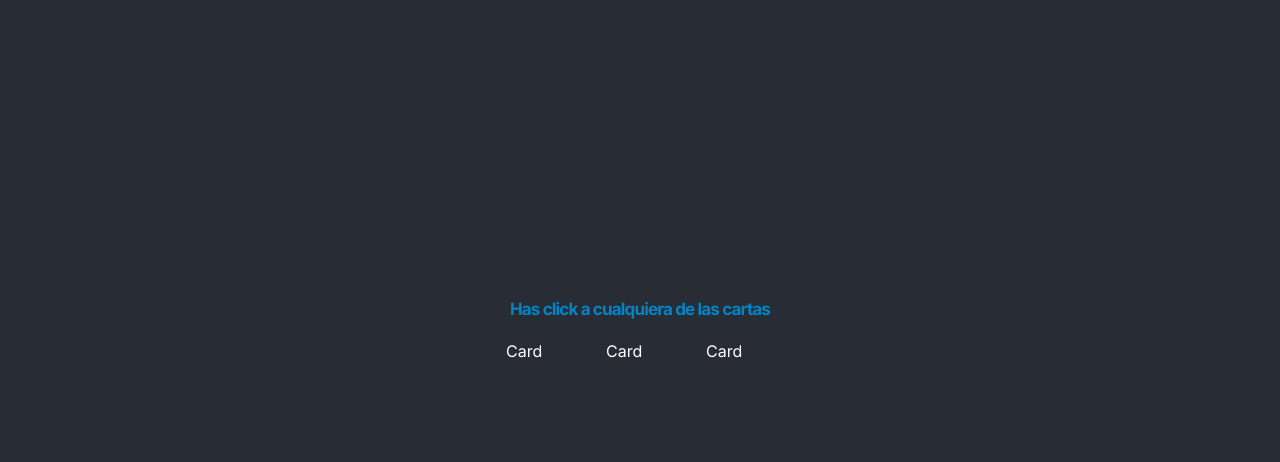
Repository: devsecops-node/simple-play
Page: /recomendations
These files come from the project's save history. The page is drawn as it stood at one moment and after the next save; the edit follows.
The browser window is 1280 px wide. The pictures show the whole page.
The project was rebuilt for these pictures with package versions that can differ from the ones it lists, and the page was loaded fresh each time. The framework's server and built-in components were replaced by stand-ins that run in the browser. Also part of the build but not shown: next.config.mjs.

Above is the page before, as saved 2024-06-21 17:01:48.

### src/app/recomendations/page.tsx
import React from 'react'
import Container from '../_components/Container'
import { RecomendationUI } from '../_components/RecomendationsSearch'
import Card from '../_components/Card'

export interface RecomendationUI2 {
  id: number
  recomenda: string
}

const page = () => {
  const recom: RecomendationUI2[] = [{ id: 1, recomenda: 'tus ojos hacen que las estrellas parezcan que no brillan' }, { id: 1, recomenda: 'tus ojos hacen que las estrellas parezcan que no brillan' }, { id: 1, recomenda: 'tus ojos hacen que las estrellas parezcan que no brillan' }]
  return (
    <Container>
      <h1 className='tracking-tighter text-sky-600 font-bold text-[17px]'>Has click a cualquiera de las cartas</h1>
      <div className='grid grid-cols-3'>
        {recom.map((dat)=>(
          <Card key={dat.id}/>
        ))}
      </div>
    </Container>
  )
}

export default page

### src/app/globals.css
@tailwind base;
@tailwind components;
@tailwind utilities;

:root {
  --foreground-rgb: 0, 0, 0;
  --background-start-rgb: 214, 219, 220;
  --background-end-rgb: 255, 255, 255;
}

@media (prefers-color-scheme: dark) {
  :root {
    --foreground-rgb: 255, 255, 255;
    --background-start-rgb: 0, 0, 0;
    --background-end-rgb: 0, 0, 0;
  }
}

body {
  color: rgb(var(--foreground-rgb));
  background: linear-gradient(to bottom,
      transparent,
      rgb(var(--background-end-rgb))) rgb(var(--background-start-rgb));
}

@layer utilities {
  .text-balance {
    text-wrap: balance;
  }
}

input {
  color: black;
  padding: 3px 5px;
  border-radius: 0.125rem;
  -webkit-border-radius: 0.125rem;
  -moz-border-radius: 0.125rem;
  -ms-border-radius: 0.125rem;
  -o-border-radius: 0.125rem;
  font-size: 15px;
  border: none;
}

input[type=text]:focus {
  outline: 2px solid #0284c7;
}

### src/app/_components/Container.tsx
import React from 'react'

const Container = ({ children }: { children: React.ReactNode }) => {
  return (
    <div className='bg-[#282c34] h-screen text-white flex flex-col items-center justify-center'>
      {children}
    </div>
  )
}

export default Container

### src/app/_components/Card.tsx
import React from 'react'

const Card = () => {
  return (
    <div className='h-[100px] w-[100px] p-4'>Card</div>
  )
}

export default Card

Loaded but not shown: src/app/layout.tsx (common file); tailwind.config.ts (common file)

After the next save:
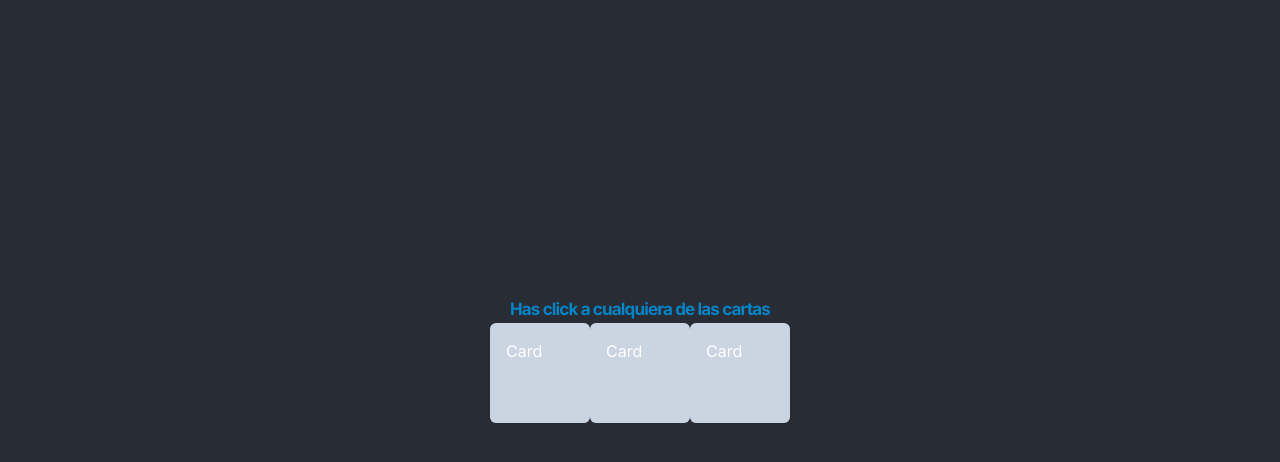
Saved 18 s later.
--- a/src/app/_components/Card.tsx
+++ b/src/app/_components/Card.tsx
@@ -2,7 +2,7 @@ import React from 'react'
 
 const Card = () => {
   return (
-    <div className='h-[100px] w-[100px] p-4'>Card</div>
+    <div className='h-[100px] w-[100px] p-4 rounded-md bg-slate-300'>Card</div>
   )
 }
 
